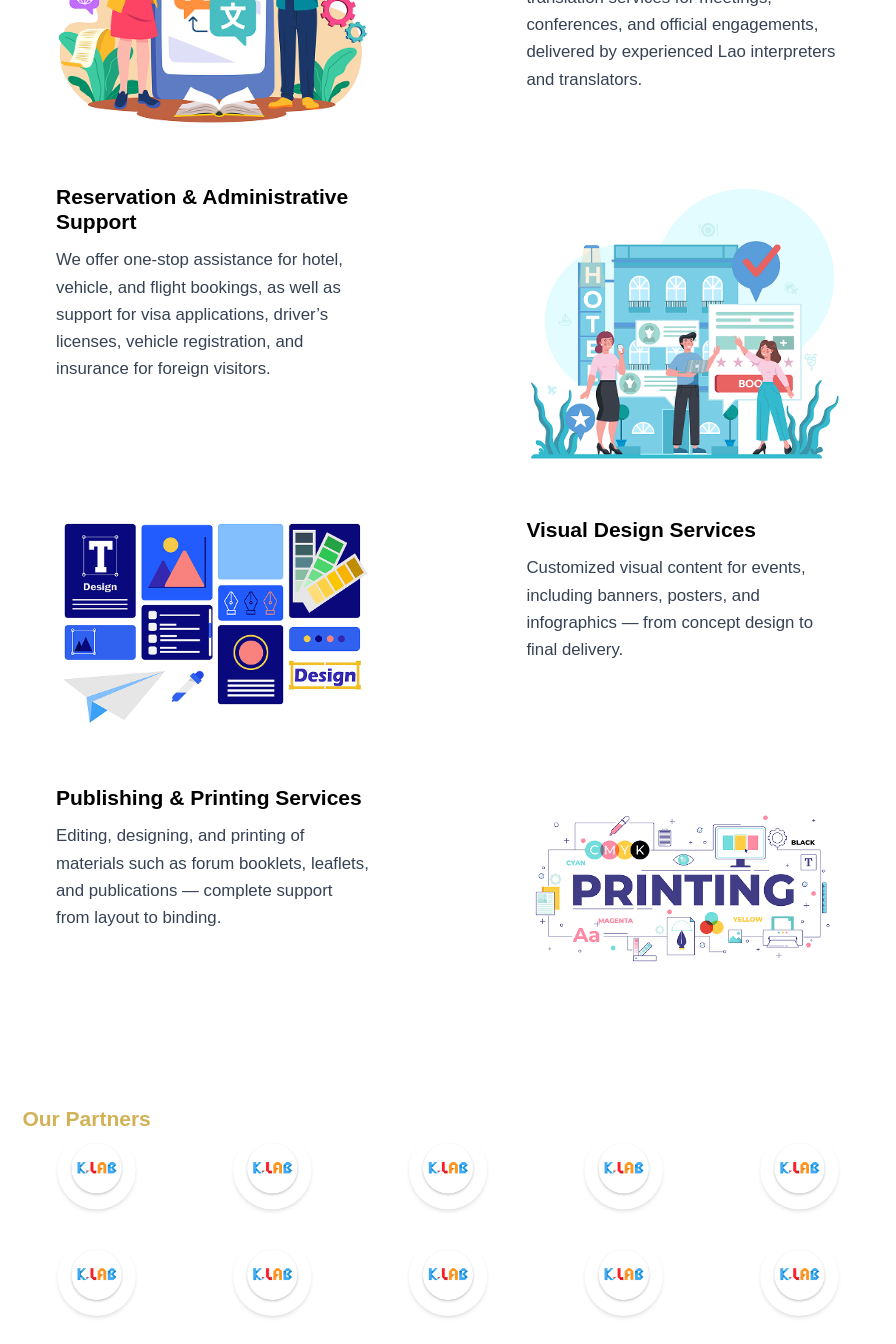
Repository: Phailin-teamplate/siri-service-web
Page: /
The author's editor kept a copy of each file at every save. The page is drawn from the files as they stood at one save, then again after the next save.
The browser window is 1280 px wide. The pictures show the part of the page from y = 2147 to 4067 px (the page is 4067 px tall), at 70% of full size.
The project was rebuilt for these pictures with package versions that can differ from the ones it lists, and the page was loaded fresh each time. The framework's server and built-in components were replaced by stand-ins that run in the browser. Also part of the build but not shown: next.config.ts.

Above is the page before, as saved 2025-07-02 15:43:04.

After the next save:
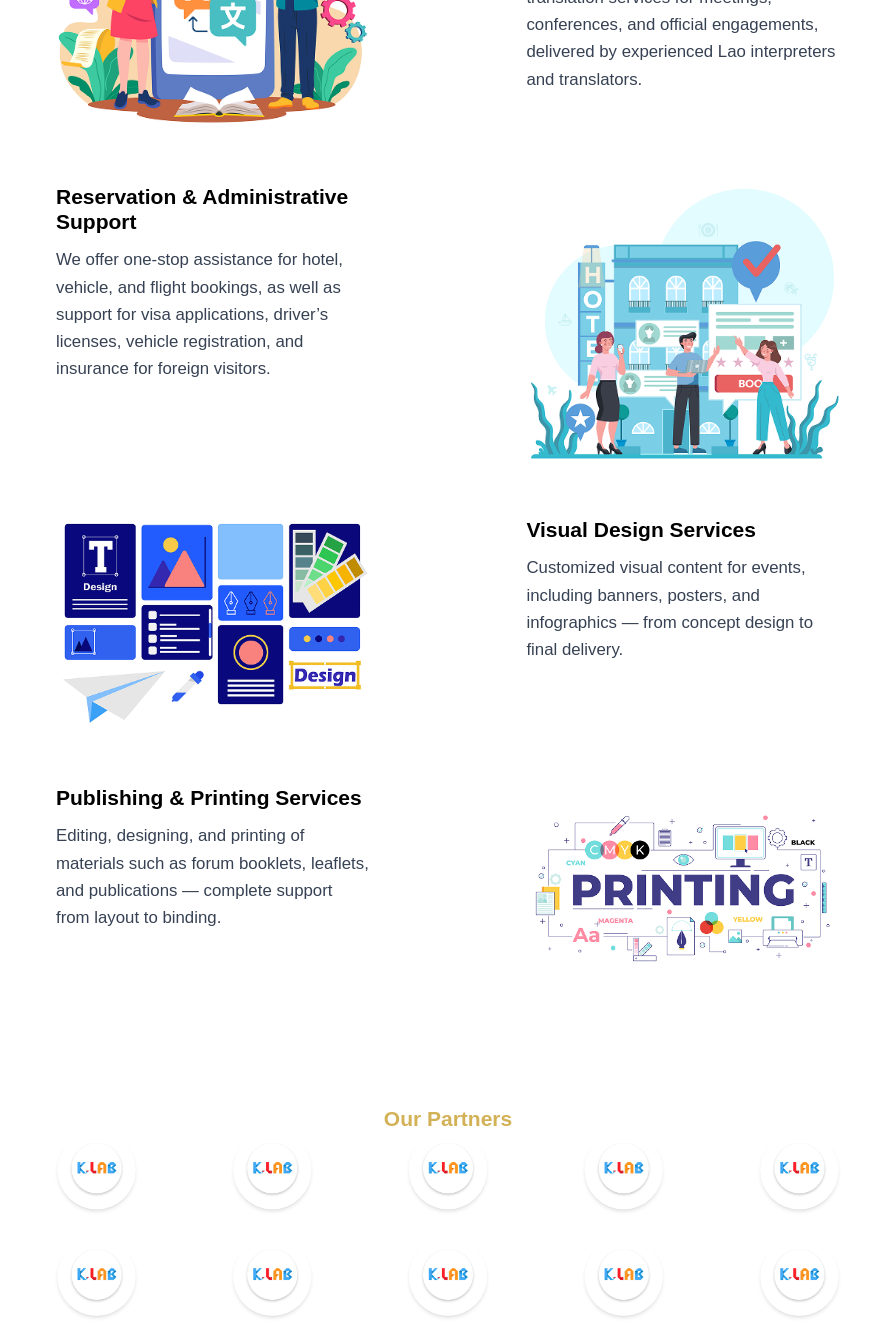
Saved 28 s later.
--- a/src/components/Customer.tsx
+++ b/src/components/Customer.tsx
@@ -12,7 +12,7 @@
 export default function Customer() {
   return (
      <div className="w-full max-w-screen-xl mx-auto px-4 md:px-8 py-10" id="customer">
-        <h2 className="text-2xl md:text-3xl font-extrabold text-[#D3B156]">
+        <h2 className="text-2xl md:text-3xl text-center  font-extrabold text-[#D3B156]">
     Our Partners
   </h2>
 
